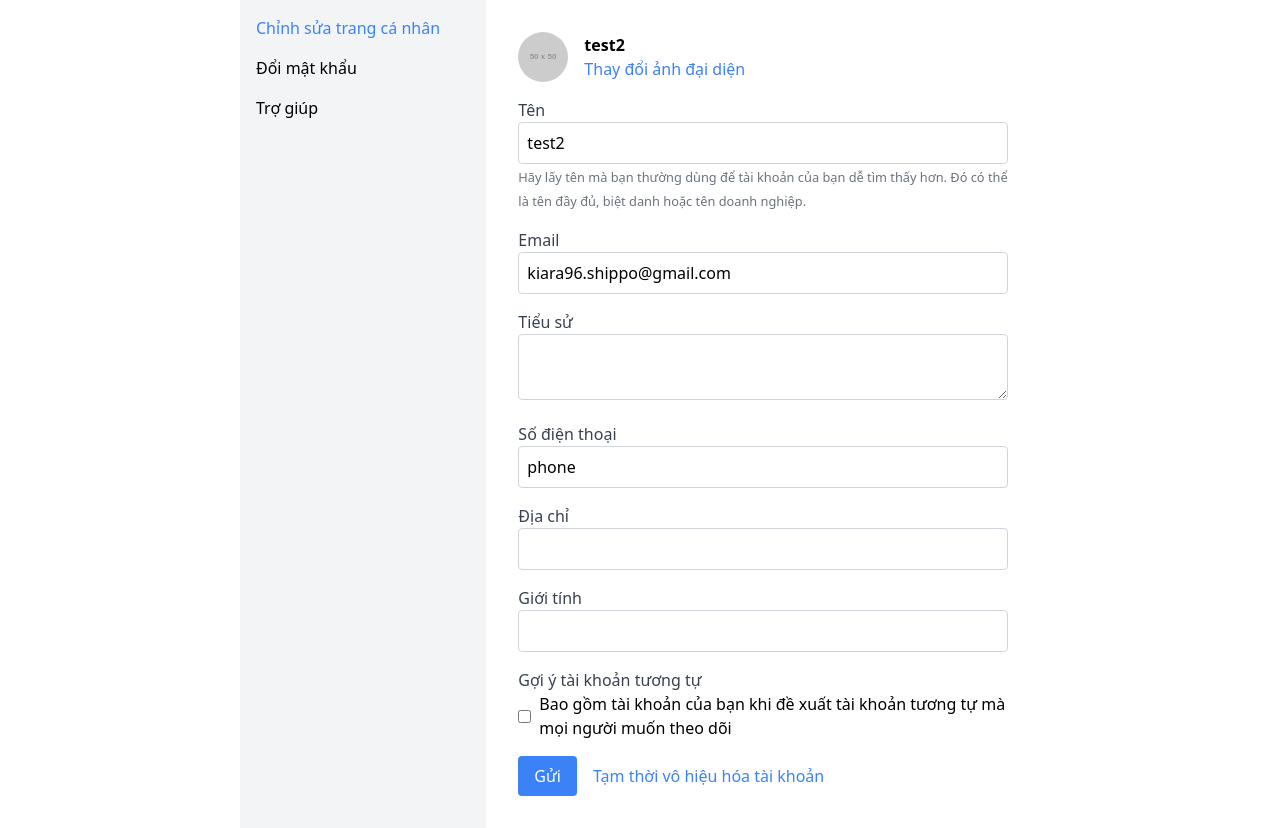
Repository: DangNgocDuong250903/2425_CS445AC_NHOM1
Page: /update_user (app in social_fe/)
The author's editor kept a copy of each file at every save. The page is drawn from the files as they stood at one save, then again after the next save.
The browser window is 1280 px wide. The pictures show the whole page.
The project was rebuilt for these pictures with package versions that can differ from the ones it lists, and the page was loaded fresh each time. Also part of the build but not shown: social_fe/vite.config.js, social_fe/src/components/Button/index.jsx, social_fe/src/assets/index.js, social_fe/src/components/FriendCard/index.jsx, social_fe/src/components/Loading/index.jsx, social_fe/src/components/PostCard/index.jsx, social_fe/src/components/ProfileCard/index.jsx, social_fe/src/components/TextInput/index.jsx and 8 more.

Above is the page before, as saved 2024-11-05 10:49:49.

After the next save:
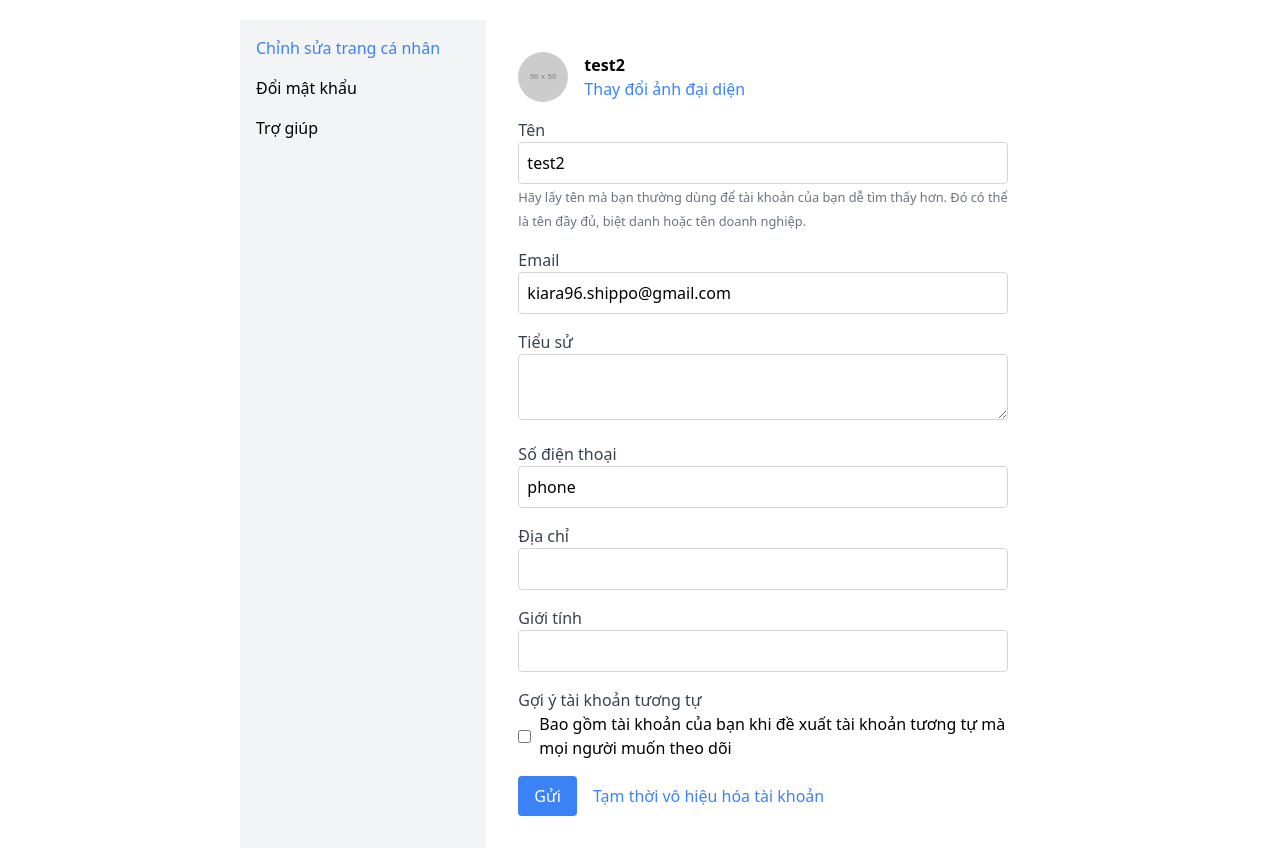
Saved 18 s later.
--- a/social_fe/src/pages/ProfilePage/updateUser.jsx
+++ b/social_fe/src/pages/ProfilePage/updateUser.jsx
@@ -2,7 +2,7 @@
 
 const UpdateUser = () => {
     return (
-        <div className="flex w-[800px] mx-auto">
+        <div className="flex w-[800px] mx-auto mt-5">
             <div className="w-1/3 p-4 bg-gray-100">
                 <ul>
                     <li className="mb-4"><a href="#" className="text-blue-500">Chỉnh sửa trang cá nhân</a></li>

After the save that followed:
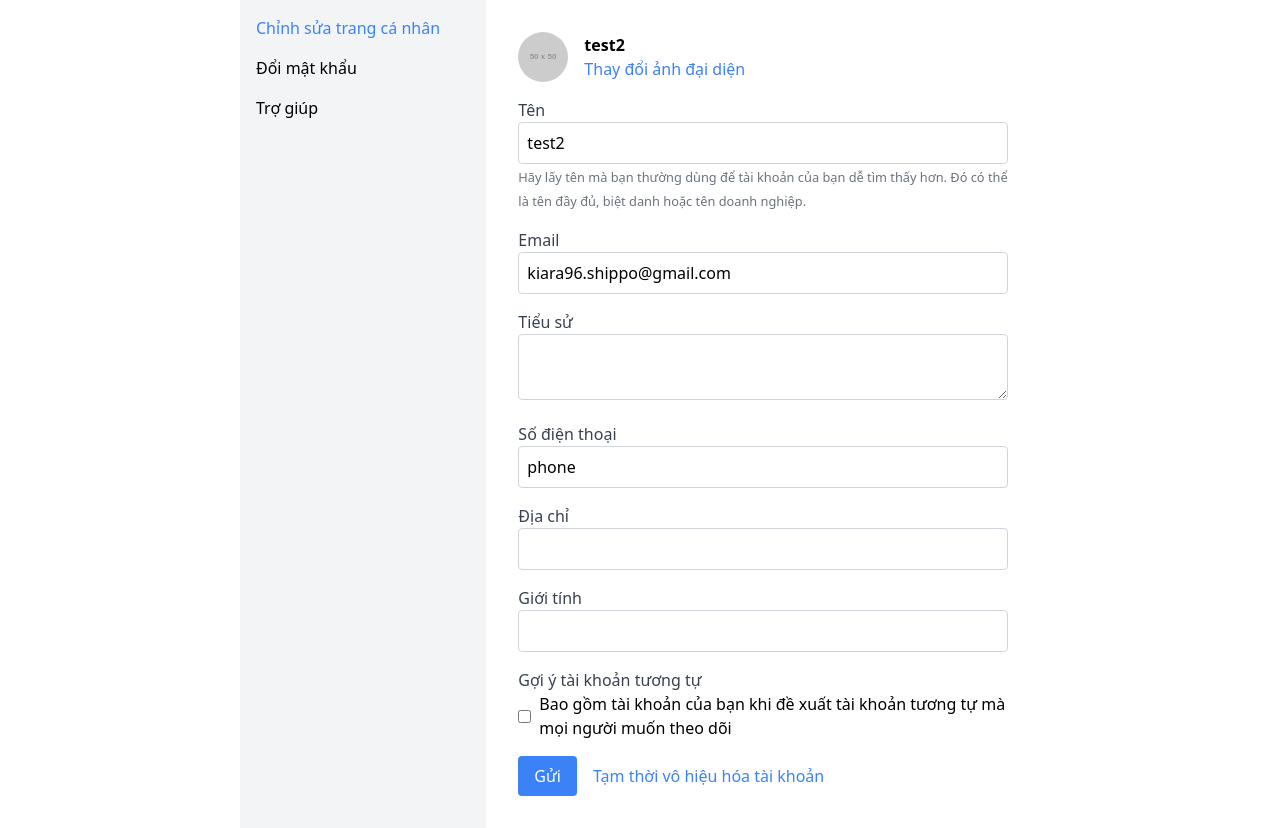
Saved 5 s later.
--- a/social_fe/src/pages/ProfilePage/updateUser.jsx
+++ b/social_fe/src/pages/ProfilePage/updateUser.jsx
@@ -2,7 +2,7 @@
 
 const UpdateUser = () => {
     return (
-        <div className="flex w-[800px] mx-auto mt-5">
+        <div className="flex w-[800px] mx-auto ">
             <div className="w-1/3 p-4 bg-gray-100">
                 <ul>
                     <li className="mb-4"><a href="#" className="text-blue-500">Chỉnh sửa trang cá nhân</a></li>
